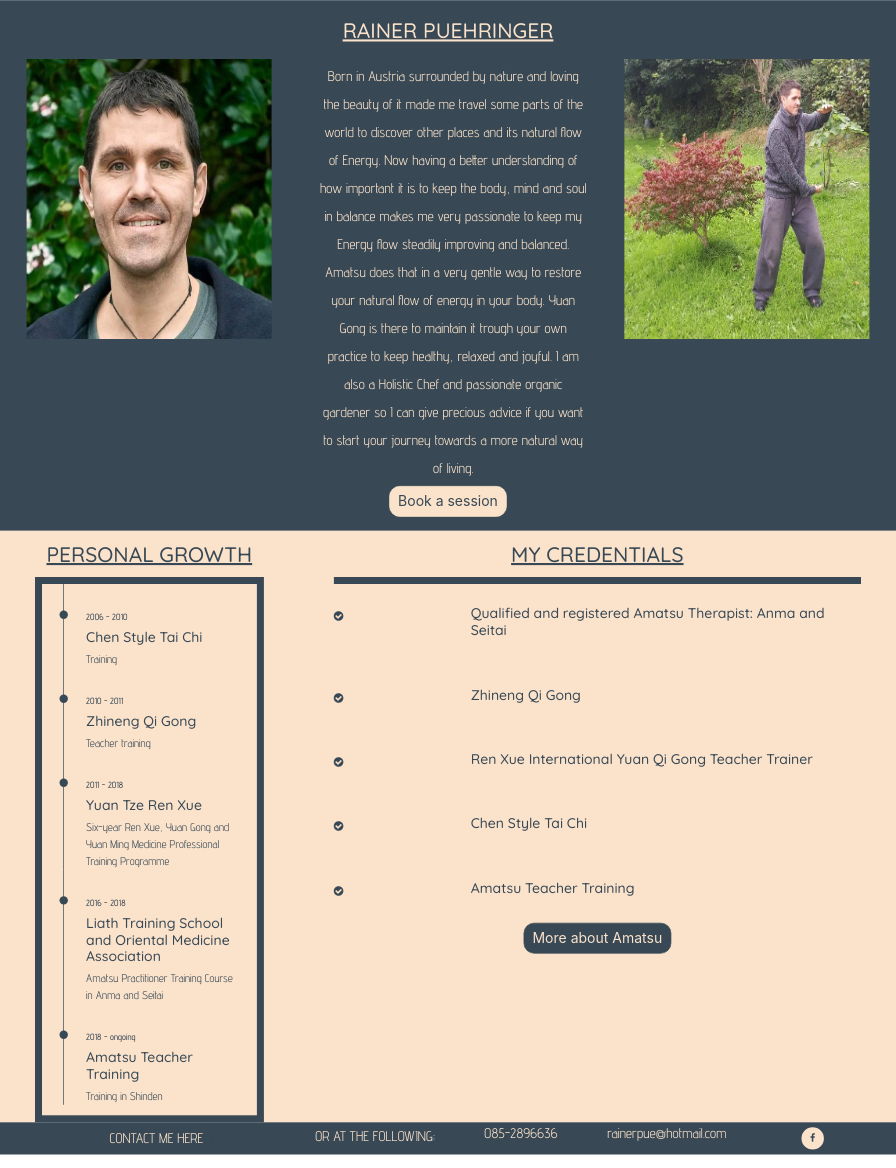
Repository: rainerpue/practitioner_website
Page: about.html
The author's editor kept a record of every edit. The page is drawn from the files as they stood at one moment, then again after the next edit.
The browser window is 1280 px wide. The pictures show the part of the page from y = 216 to 2075 px (the page is 1885 px tall before and 2075 px after), at 70% of full size.
Some web libraries are served in a nearby version.

Above is the page before.

### about.html
<!DOCTYPE html>
<html lang="en">

<head>
    <meta charset="UTF-8">
    <meta name="viewport" content="width=device-width, initial-scale=1.0">
    <meta http-equiv="X-UA-Compatible" content="ie=edge">
    <meta name="description" content="Home page | Rainer Puehringer, Find your Energy flow">
    <meta name="keywords" content="qigong, amatsu, therapy, energy flow, body balance, harmony, Japanese therapy, yuan gong, ireland">
    <meta name="author" content="Rainer Puehringer">
    <!-- style links -->
    <link rel="stylesheet" href="https://stackpath.bootstrapcdn.com/bootstrap/4.3.1/css/bootstrap.min.css" type="text/css" />
    <link rel="stylesheet" href="https://stackpath.bootstrapcdn.com/font-awesome/4.7.0/css/font-awesome.min.css" type="text/css" />

    <!-- link to my css file comes after to make sure it render over bootstrap style -->
    <link rel="stylesheet" href="assets/css/style.css" type="text/css" />

    <title>Rainer Puehringer, Find your Energy flow with Yuan Qigong and Amatsu</title>

</head>

<body>
    <!-- navbar and logo -->
    <!-- blue background will only show on bigger screens, set to transparent for mobile device -->
    <nav class="navbar navbar-expand-md fixed-top navbar-light nav-coral">
        <!-- logo -->
        <a href="index.html" class="navbar-brand logo">
            <img src="assets/images/logo.jpeg" width="150" height="100" alt="logo">
        </a>
        <!-- button for smaller devices -->
        <button class="navbar-toggler" type="button" data-toggle="collapse" data-target="#burger" aria-controls="burger" aria-expanded="false" aria-label="Toggle navigation">
    <span class="fa fa-bars"></span>
  </button>
        <!-- navigation items which drop down vertically from burger icon in smaller devices -->
        <div class="collapse navbar-collapse" id="burger">
            <ul class="navbar-nav mr-auto text-uppercase">
                <li class="nav-item">
                    <a class="nav-link" href="index.html">Home</a>
                </li>
                <li class="nav-item">
                    <a class="nav-link" href="about.html">Meet Rainer</a>
                </li>
                <li class="nav-item">
                    <a class="nav-link" href="index.html">Yuan Qigong - Harmony</a>
                </li>
                <li class="nav-item">
                    <a class="nav-link" href="index.html">Amatsu - Japanese Therapy</a>
                </li>
                <li class="nav-item">
                    <a class="nav-link" href="index.html">Contact</a>
                </li>
            </ul>
        </div>
    </nav>

    <!-- end navbar -->


    <!-- about image banner -->
    <main class="about-section">
        <div class="container-fluid">
            <div class="row">
                <div class="col-12 about-image">
                </div>
            </div>
        </div>

        <!-- Rainer's intro -->
        <section class="container-fluid bg-grey about-intro">
            <div class="row">
                <div class="col-12 text-center">
                    <h3 class="text-uppercase">RAINER PUEHRINGER</h3>
                </div>
            </div>
            <div class="row about-details">
                <div class="col-12 col-md-3 col-lg-4 text-center">
                    <img class="about-sm-img" src="assets/images/Rainer.jpeg" width="350" height="400" alt="Rainer Puehringer">
                </div>
                <div class="col-12 col-md-9 col-lg-4 about-content">
                    <p class="text-center">Born in Austria surrounded by nature and loving the beauty of it made me travel some parts of the world to discover other places and its natural flow of Energy. Now having a better understanding of how important it is to keep the body,
                        mind and soul in balance makes me very passionate to keep my Energy flow steadily improving and balanced. Amatsu does that in a very gentle way to restore your natural flow of energy in your body. Yuan Gong is there to maintain
                        it trough your own practice to keep healthy, relaxed and joyful. I am also a Holistic Chef and passionate organic gardener so I can give precious advice if you want to start your journey towards a more natural way of living.</p>
                </div>
                <div class="col-lg-4 d-none d-lg-block text-center">
                    <img src="assets/images/Rainer2.jpeg" width="350" height="400" alt="Rainer doing Qigong movement">
                </div>
            </div>
            <div class="container-fluid">
                <div class="row text-center">
                    <div class="col-12">
                        <a class="btn btn--gal btn--coral" href="#">Book a session</a>
                    </div>
                </div>
            </div>
        </section>

        <!-- timeline -->

        <section class="container-fluid">


            <div class="row bg-coral">
                <div class="col-md-6 col-lg-4 timeline section-column">
                    <div class="row">
                        <div class="col-12">
                            <h3 class="text-uppercase text-center">Personal growth</h3>
                        </div>
                    </div>
                    <div class="history-items">
                        <div class="timeline-item" data-dates="2006 - 2010">
                            <h4>Chen Style Tai Chi</h4>
                            <p>Training</p>
                        </div>
                        <div class="timeline-item" data-dates="2010 - 2011">
                            <h4>Zhineng Qi Gong</h4>
                            <p>Teacher training</p>
                        </div>
                        <div class="timeline-item" data-dates="2011 - 2018">
                            <h4>Yuan Tze Ren Xue</h4>
                            <p>Six-year Ren Xue, Yuan Gong and Yuan Ming Medicine Professional Training Programme</p>
                        </div>
                        <div class="timeline-item" data-dates="2016 - 2018">
                            <h4>Liath Training School and Oriental Medicine Association</h4>
                            <p>Amatsu Practitioner Training Course in Anma and Seitai</p>
                        </div>
                        <div class="timeline-item" data-dates="2018 - ongoing">
                            <h4>Amatsu Teacher Training</h4>
                            <p>Training in Shinden</p>
                        </div>
                    </div>
                </div>

                <!-- small divider only for mobile device to divide the two columns of the same section -->

                <hr class="section-divider-short">

                <!-- qualifications check -->

                <div class="col-md-6 col-lg-8 section-column">
                    <div class="row">
                        <div class="col-12">
                            <h3 class="text-uppercase text-center">My credentials</h3>
                        </div>
                    </div>
                <!-- long divider only for big screen to divide the heading to the content -->
                    <div class="row">
                        <div class="col-12 d-none d-md-block">
                            <hr class="section-divider-long">
                        </div>
                    </div>
                    <div class="row qualif-section">
                        <div class="col-3">
                            <i class="fa fa-check-circle"></i>
                        </div>
                        <div class="col-9">
                            <h4>Qualified and registered Amatsu Therapist: Anma and Seitai</h4>
                        </div>
                    </div>
                    <div class="row qualif-section">
                        <div class="col-3">
                            <i class="fa fa-check-circle"></i>
                        </div>
                        <div class="col-9">
                            <h4>Zhineng Qi Gong</h4>
                        </div>
                    </div>
                    <div class="row qualif-section">
                        <div class="col-3">
                            <i class="fa fa-check-circle"></i>
                        </div>
                        <div class="col-9">
                            <h4>Ren Xue International Yuan Qi Gong Teacher Trainer</h4>
                        </div>
                    </div>
                    <div class="row qualif-section">
                        <div class="col-3">
                            <i class="fa fa-check-circle"></i>
                        </div>
                        <div class="col-9">
                            <h4>Chen Style Tai Chi</h4>
                        </div>
                    </div>
                    <div class="row qualif-section">
                        <div class="col-3">
                            <i class="fa fa-check-circle"></i>
                        </div>
                        <div class="col-9">
                            <h4>Amatsu Teacher Training</h4>
                        </div>
                    </div>


                    <div class="row text-center">
                        <div class="col-12">

                            <a class="btn btn--gal btn--grey" href="#">More about Amatsu</a>
                        </div>
                    </div>
                </div>
            </div>
        </section>
    </main>
    <!-- footer -->

    <footer>
        <div class="container-fluid bg-grey">
            <div class="row footer-row">
                <div class="col-12 col-md-4 footer-contact">
                    <a class="btn btn--gal btn--grey text-uppercase" href="#">Contact Me Here</a>
                </div>
                <div class="col-12 col-md-2 footer-contact">
                    <h5 class="text-uppercase">or at the following:</h5>
                </div>
                <div class="col-12 col-md-2 footer-contact">
                    <p>085-2896636</p>
                </div>
                <div class="col-12 col-md-2 footer-contact">
                    <p>rainerpue@hotmail.com</p>
                </div>
                <div class="col-12 col-md-2 footer-contact">
                    <a class="socialmedia" href="https://www.facebook.com/YuanGongandAmatsuwithRainer/" target="_blank">
                    <i class="fa fa-facebook"></i>
                    <span class="sr-only">Facebook</span>
                    </a>
                </div>
            </div>
        </div>
    </footer>

    <script src="https://code.jquery.com/jquery-3.2.1.slim.min.js " integrity="sha384-KJ3o2DKtIkvYIK3UENzmM7KCkRr/rE9/Qpg6aAZGJwFDMVNA/GpGFF93hXpG5KkN " crossorigin="anonymous "></script>
    <script src="https://cdnjs.cloudflare.com/ajax/libs/popper.js/1.12.9/umd/popper.min.js " integrity="sha384-ApNbgh9B+Y1QKtv3Rn7W3mgPxhU9K/ScQsAP7hUibX39j7fakFPskvXusvfa0b4Q " crossorigin="anonymous "></script>
    <script src="https://maxcdn.bootstrapcdn.com/bootstrap/4.0.0/js/bootstrap.min.js " integrity="sha384-JZR6Spejh4U02d8jOt6vLEHfe/JQGiRRSQQxSfFWpi1MquVdAyjUar5+76PVCmYl " crossorigin="anonymous "></script>
</body>

</html>

### assets/css/style.css
@import url('https://fonts.googleapis.com/css?family=Advent+Pro:100,200,300,400,500,600,700|Quicksand:300,400,500,700|Poppins:100,200,300,400,500,600,700,800');

body {}

/*-----------------------------------------Colour */

.nav-coral {
    background-color: transparent;
}

.bg-grey {
    background-color: #384955;
    color: #FAE2CB;
}

.bg-coral {
    background-color: #FAE2CB;
    color: #384955;
}


/*-----------------------------------------Special paddings/margins/texts */

.container-fluid {
    margin: 0;
}

.text-uppercase {
    text-transform: uppercase;
}

.text-center {
    text-align: center;
    margin: 0;
}

h3 {
    padding: 15px 0 15px;
    font-family: "Quicksand", sans-serif;
    font-weight: 500;
    font-size: 30px;
    text-decoration: underline;
}

h4 {
    font-family: "Quicksand", sans-serif;
    font-weight: 500;
    font-size: 20px;
}

a {
    text-decoration: none;
    cursor: pointer;
}

.section-column {
    display: table-cell;
    padding: 0 30px 30px;
    float: none;
}

/*-----------------------------------------buttons */

.btn:hover {
    color: #fafafa;
    text-decoration: none;
}

.btn--gal {
    margin-bottom: 0;
    margin-top: 0;
    border-radius: 15px;
    font-size: 20px;
    text-decoration: none;
    cursor: pointer;
}

.btn--grey {
    background-color: #384955;
    border-color: #384955;
    color: #FAE2CB;
}

.btn--grey:hover {
    color: #FF8863;
}

.btn--coral {
    background-color: #FAE2CB;
    border-color: #FAE2CB;
    color: #384955;
}

.btn--coral:hover {
    color: #87B0CD;
}

.btn--footer {
    color: #FAE2CB;
}

/*-----------------------------------------section divider */

.section-divider-short {
    width: 75px;
    height: 5px;
    border: 0;
    background-color: #fafafa;
}

.section-divider-long {
    width: 100%;
    height: 10px;
    border: 0;
    background-color: #384955;
    margin: 0;
}

/*-----------------------------------------logo */

.logo {
    display: inline-block;
    padding: 0;
    margin: 0;
    line-height: inherit;
    white-space: nowrap;
    background-position: center;
    background-repeat: no-repeat;
     -o-transition: all .5s ease-in-out;
    transition: all .5s ease-in-out;
    -moz-transition: all .5s ease-in-out;
    -webkit-transition: all .5s ease-in-out;
}

/*-----------------------------------------burger icon */

.fa-bars {
    font-size: 30px;
    padding: 5px;
}

.navbar-light .navbar-toggler {
    border-color: rgba(0, 0, 0, .3);
    margin-right: 15px;
}

/*-----------------------------------------nav */

.navbar {
    padding: 0;
    text-align: center;
    overflow: auto;
}

.navbar-collapse {
    background-color: #FAE2CB
}

.nav-item {
    padding-left: 15px;
}

.nav-item a {
    color: #384955;
    font-family: "Quicksand", sans-serif;
    font-weight: 500;
    font-size: 20px;
    -webkit-transition: background-color .2s ease-in-out, color .2s ease-in-out;
    -o-transition: background-color .2s ease-in-out, color .2s ease-in-out;
    transition: background-color .2s ease-in-out, color .2s ease-in-out;
}

.nav-item a:hover {
    color: #FAE2CB!important;
    background-color: #384955;
}

/*-----------------------------------------full background image with attention */

.home-image {
    min-height: 95vh;
    -webkit-box-align: center;
        -ms-flex-align: center;
            align-items: center;
    position: relative;
    background: url(../images/home-image.jpg) no-repeat center center fixed;
    background-size: cover;
    padding-top: 100px;
}

.opaque-overlay {
    position: absolute;
    top: 0;
    left: 0;
    height: 100%;
    width: 100%;
    background: rgba(0, 0, 0, 0.2);
}

.attention {
    width: 80%;
    color: #fafafa;
    font-family: "Advent Pro", sans-serif;
    font-size: 40px;
    font-weight: 600;
    padding-left: 15px;
    padding-top: 200px;
}

/*-----------------------------------------testimonials in carrousel */

.testimonials {
    padding-bottom: 20px;
}

.slide {
    position: relative;
    display: -webkit-box;
    display: -ms-flexbox;
    display: flex;
    -webkit-box-align: center;
        -ms-flex-align: center;
            align-items: center;
    min-height: 30vh;
    text-align: center;
    padding: 5px 30px;
    margin-bottom: 20px
}

blockquote {
    width: 80px;
    font-family: "Advent Pro", sans-serif;
    font-weight: 500;
    font-size: 30px;
}

/*-----------------------------------------home intro section */

.intro {
    width: 100%;
    padding: 0;
    padding-bottom: 20px;
    min-height: 20vh;
}

.content-intro {
    font-family: "Advent Pro", sans-serif;
    font-size: 20px;
    font-weight: 400;
    margin-bottom: 20px;
}

/*-----------------------------------------footer */

.footer-row {
    padding: 0 15px;
    text-align: center;
    margin-bottom: 20px;
}

.footer-contact {
    font-family: "Advent Pro", sans-serif;
    text-align: center;
    -webkit-box-align: center;
        -ms-flex-align: center;
            align-items: center;
    -webkit-box-pack: center;
        -ms-flex-pack: center;
            justify-content: center;
    color: #FAE2CB;
    padding: 0;
    margin: 0;
}

.footer-contact p {
    font-weight: 400;
    font-size: 20px;

}

.footer-contact h5 {
    font-weight: 400;
    font-size: 20px;
}

.socialmedia i {
    width: 32px;
    height: 32px;
    padding: 12px 0;
    border-radius: 50%;
    font-size: 13px;
    line-height: 7px;
    text-align: center;
    color: #384955;
    background: #FAE2CB;
    transition: all 0.35s ease-in-out;
    -moz-transition: all 0.35s ease-in-out;
    -webkit-transition: all 0.35s ease-in-out;
    -o-transition: all 0.35s ease-in-out;
}

.social-links i:hover {
    background: #e84610;
}

/*-----------------------------------------about page */

.about-section {
    margin: 0;
    padding: 0;
    min-height: 25vh;
}

.about-image {
    min-height: 30vh;
    background: url(../images/about-image.jpg);
    -webkit-background-size: 100% 100%;
    -moz-background-size: 100% 100%;
    -o-background-size: 100% 100%;
    background-size: 100% 100%;
    width: 100vw;
    background-repeat: no-repeat;
    position: relative;
}

.about-intro {
    padding-top: 10px;
    padding-bottom: 20px;
}

.about-sm-img {
    position: relative;
    -webkit-box-align: center;
        -ms-flex-align: center;
            align-items: center;
    justify-content: center;
}

.about-content {
    position: relative;
    text-align: center;
    padding-top: 5px;
    padding-bottom: 5px;
    padding-left: 30px;
    line-height: 200%;
    font-family: "Advent Pro", sans-serif;
    font-size: 20px;
    font-weight: 400;
}

/*-----------------------------------------timeline */

.timeline {
    margin: 0;
}

.timeline-item {
    padding: 4em 2em 0em 2em;
    position: relative;
    color: #384955;
    border-left: 1px solid;
    font-family: "Advent Pro", sans-serif;
}

.timeline-item p {
    padding: 0;
    margin: 0;
}

.timeline-item:before {
    content: attr(data-dates);
    position: absolute;
    left: 2.5em;
    top: 3em;
    display: block;
    font-family: "Advent Pro", sans-serif;
    font-weight: 500;
    font-size: 0.8em;
    padding: 0;
    margin: 0;
}

.timeline-item:after {
    width: 12px;
    height: 12px;
    display: block;
    position: absolute;
    top: 2.4em;
    left: -6px;
    border-radius: 12px;
    content: "";
    background-color: #384955;
}

.history-items {
    padding-left: 30px;
    padding-bottom: 15px;

}

/*-----------------------------------------qualifications */

.qualif-section {
    padding: 30px 0 30px;
    line-height: 200%;
}

/*-----------------------------------------media queries */

/*-----------------------------------------media query to add navbar color background color on bigger screens */

@media (min-width: 768px) {
    .nav-coral {
        background-color: #FAE2CB;
    }
}

@media (min-width: 768px) {
    .attention {
        padding-top: 400px;
        width: 60%;
        font-size: 50px;
    }
}

@media (min-width: 768px) {
    .slide {
        min-height: 20vh;
    }
}

@media (min-width: 768px) {
    .section-divider-short {
        width: 0px;
        height: 0px;
        border: 0;
    }
}

@media (min-width: 768px) {
    .footer-contact {
        display: -webkit-box;
        display: -ms-flexbox;
        display: flex;
    }
}

@media (min-width: 768px) {
    .footer-contact h5 p a {
        padding-left: 15px;
    }
}

@media (min-width: 768px) {
    .history-items {
        border: 10px solid;
    }
}

@media (min-width: 768px) {
    .section-column {
        padding: 0 50px 0;
    }

@media (min-width:768px) {
    .about-content {
    position: relative;
    -webkit-box-align: auto;
        -ms-flex-align: auto;
            align-items: auto;
}
}

After the next edit:
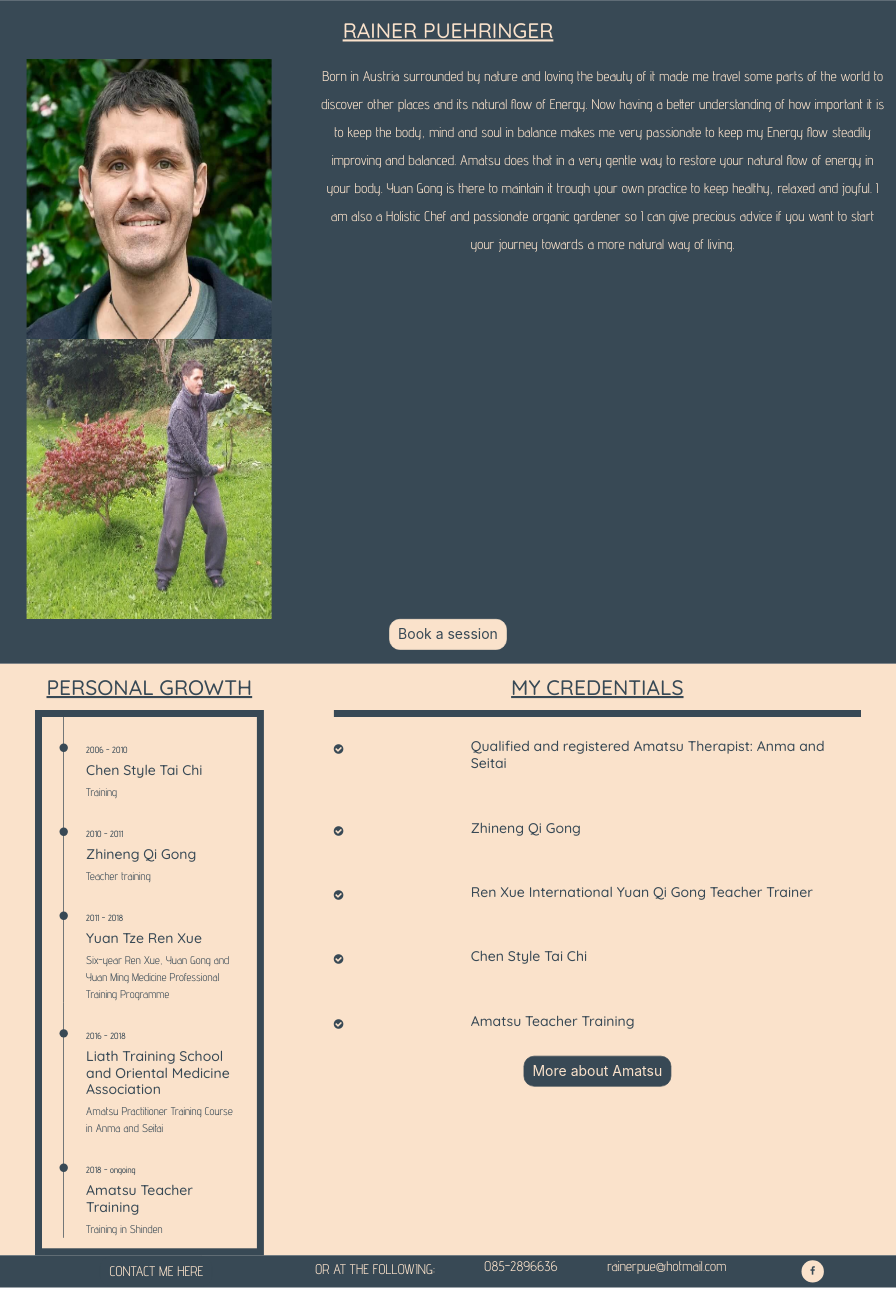
The edit:
--- a/about.html
+++ b/about.html
@@ -76,7 +76,7 @@
                 <div class="col-12 col-md-3 col-lg-4 text-center">
                     <img class="about-sm-img" src="assets/images/Rainer.jpeg" width="350" height="400" alt="Rainer Puehringer">
                 </div>
-                <div class="col-12 col-md-9 col-lg-4 about-content">
+                <div class="col-12 col-md-9 col-lg-8 about-content">
                     <p class="text-center">Born in Austria surrounded by nature and loving the beauty of it made me travel some parts of the world to discover other places and its natural flow of Energy. Now having a better understanding of how important it is to keep the body,
                         mind and soul in balance makes me very passionate to keep my Energy flow steadily improving and balanced. Amatsu does that in a very gentle way to restore your natural flow of energy in your body. Yuan Gong is there to maintain
                         it trough your own practice to keep healthy, relaxed and joyful. I am also a Holistic Chef and passionate organic gardener so I can give precious advice if you want to start your journey towards a more natural way of living.</p>
